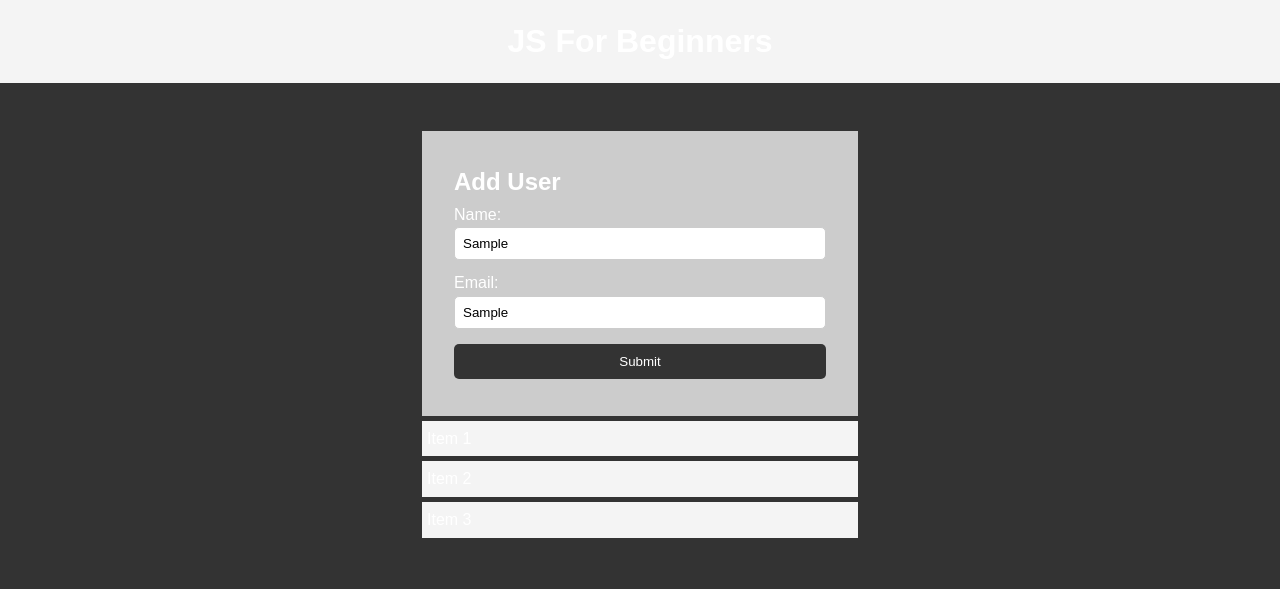
Repository: balkisys/FormationFullStackJS
Page: index.html
The author's editor kept a copy of each file at every save. The page is drawn from the files as they stood at one save, then again after the next save.
The browser window is 1280 px wide. The pictures show the whole page.
Empty fields were first filled with sample values (such as "Sample", 5 or name@example.com).
After loading, the first visible `input.btn` was clicked once.

Above is the page before, as saved 2021-03-20 08:08:03.

### index.html
<!DOCTYPE html>
<html lang="en">
  <head>
    <meta charset="UTF-8" />
    <meta name="viewport" content="width=device-width, initial-scale=1.0" />
    <meta http-equiv="X-UA-Compatible" content="ie=edge" />
    <title>JS For Beginners</title>
    <link rel="stylesheet" href="style.css">
  </head>
  <body>
    <header>
      <h1>JS For Beginners</h1>
    </header>

    <section class="container">
      <form id="my-form">
        <h1>Add User</h1>
        <div class="msg"></div>
        <div>
          <label for="name">Name:</label>
          <input type="text" id="name">
        </div>
        <div>
          <label for="email">Email:</label>
          <input type="text" id="email">
        </div>
        <input class="btn" type="submit" value="Submit">
      </form>

      <ul id="users"></ul>

      <ul class="items">
        <li class="item">Item 1</li>
        <li class="item">Item 2</li>
        <li class="item">Item 3</li>
      </ul>
    </section>



    <script src="test.js">
    </script>
  </body>
</html>

### style.css
* {
    margin: 0;
    padding: 0;
    box-sizing: border-box;
}

body {
    font-family: Arial, Helvetica, sans-serif;
    line-height: 1.6;
}

ul {
    list-style: none;
}

ul li {
    padding: 5px;
    background: #f4f4f4;
    margin: 5px 0;
}

header {
    background: #f4f4f4;
    padding: 1rem;
    text-align: center;
}

.container {
    margin: auto;
    width: 500px;
    overflow: auto;
    padding: 3rem 2rem;
}

#my-form {
    padding: 2rem;
    background: #f4f4f4;
}

#my-form label {
    display: block;
}

#my-form input[type='text'] {
    width: 100%;
    padding: 8px;
    margin-bottom: 10px;
    border-radius: 5px;
    border: 1px solid #ccc;
}

.btn {
    display: block;
    width: 100%;
    padding: 10px 15px;
    border: 0;
    background: #333;
    color: #fff;
    border-radius: 5px;
    margin: 5px 0;
}

.btn:hover {
    background: #444;
}

.bg-dark {
    background: #333;
    color: #fff;
}

.error {
    background: orangered;
    color: #fff;
    padding: 5px;
    margin: 5px;
}

### test.js
//console.log('Hello world ');
//console.error('This is an error Test ');
//console.warn('this is a warning ');


//console.log(a);
 // let, const
//let age = 30;
//age = 15;
//console.log(age);

//const PI = 3.14;
//PI = 50;
//console.log(age);

//String , Numbers , Boolean , undefined , Objet

// let number = 14.5;
// var isCold = true;
// var X;
// var z = null;
// const y = undefined;
// console.log(typeof isCold);
// console.log(typeof y);
//x = 6;
//console.log(x);

// Concatenation
//const age = 30;
//const name = 'Ali ';
//console.log('My name is : ' + name + ' i am ' + age);
// Template literals (Template strings)
//const hello = `My name is ${name} and I am ${age} `;
//console.log(hello);
//const s = 'Hello Weekend';
//console.log(s.length);// property of JS
//console.log(s.toLowerCase());
//console.log(s.toUpperCase()); //methode pre JS

//console.log(s.substring(0, 5).toLocaleUpperCase());
//console.log(s.split(''));
//const c = 'technologie , computers , it , code , React ';
//console.log(c.split(','));
 // Array - vaiables that hold multiple values
// const numbers = new Array(1, 2, 3, 4, 5); // creation of an array with the constructor
// console.log(numbers);
// const fruits = ['apples', 'oranges', 1 , 2.2 , true];
// //console.log(fruits[4]); // first element
// //fruits[5] = 'hello';

// //fruits.push('mangos');

// //fruits.unshift('bbcc');
// //fruits.pop();
// //console.log(fruits);
// //console.log(Array.isArray('test'));

// console.log(fruits.indexOf('oranges'));// position of elements in the array

// const person = {
//     firstName: 'Johne',
//     age: 30,
//     hobbies: ['music', 'movies', 'sports'],
//     adress: {
//         street: ' 50 Main ',
//         city: 'Boston ',
//         state : 'MA'
//     }

// }
//console.log(person.age);

// distructuring to pull out object properties
// const { firstName, age, adress: { city } } = person;

// console.log(age);
// console.log(city);
// // we can add a property directly :
// person.email = 'Johne@gmail.com';
// console.log(person);
// Array of object  : object letrals
// const todos = [
//     {
//         id: 1,
//         text: 'Take JS cours ',
//         isCompleted : true
//     },
//      {
//         id: 2,
//         text: 'Take React cours ',
//         isCompleted : false
//     },
//       {
//         id: 3,
//         text: 'Take Node.js cours ',
//         isCompleted : false
//     }
// ]
// console.log(todos.length);

// const todoJSON = JSON.stringify(todos);
// console.log(todoJSON);

//FOR LOOP

//  for (let i = 0; i <= todos.length; i++){
//     console.log(todos[i]);
//     //console.log(`For Loop Number : ${i}`);
// }

// let i = 0;
// while (i < 5) {
//     console.log(`While Loop Number : ${i}`);
//     i ++;
// }
//ES6
// for (let item of todos) {
//     console.log(item);
// }
//Heigh Order Array Methods :
// forEach , Map , filter

// forEach  : just loops threw the array
// map : create new array from an array
// filter : create new array from an array based on condition

// ForEach
// todos.forEach(
//     function (todo) {
//     console.log(todo.text);
//     })

// ---------------------------------------------------- //

    //EL CODE ELI MENBA3D N7OTOU FI DRIVE
// const x = 4;
// const y = 11;
// if (x > 5 || y > 10) { // try ' && '
//     console.log('x is more than 5 or y is more than 10 ');
// }
// Functions
// function addNums(num1, num2) {
//     console.log(num1 + num2);

// }
// addNums(5, 4);
//addNums();// returns NaN (not a number that means it should return a number)
// other exp with setting default values for our parameters
// function addNums(num1 = 1 , num2 = 3) {
//     //console.log(num1 + num2); // usualy we don't console log somthing we return somthing from the function
//     return num1 + num2;
// }
// //addNums(); // it returns value because we have parametres with default value
// console.log(addNums(5, 5));

// Now with arrow functions it much better for code
// Arrow functions intreduced with ES6
// we transforme addNums function to arraow function
// const addNums = (num1 = 1, num2 = 1) => {
//     return num1 + num2;
// }
// if we have one expression  no other variable declaration we can juste write it in one ligne
// like that
// const addNums = (num1 = 1, num2 = 1) => console.log(num1 + num2);
// addNums(5, 50);
//  if we want to return somthing we simply don't write the 'return' key world
// const addNums = (num1 = 1, num2 = 1) => num1 + num2;
// console.log(addNums(5, 51));

// or if we have one parametre we delete the ()

// const addNums = num1 => num1 + 5;
// console.log(addNums(5000));
// usffull for  foreach

//todos.forEach((todo) => console.log(todo));

//OOP
// we have looked on Object litterals and distruction
//constructor function with prototypes and ES6 classes

// function Person(firstName, lastName, dob) {// we set them to properties of object
//     this.firstName = firstName;
//     this.lastName = lastName;
//     //this.dob = dob;
//     this.dob = new Date(dob);
//     // we can add methodes or function to this object
//     // this.getBirthYear = function () {
//     //     return this.dob.getFullYear();
//     // }
//     // this.getFullName = function () {
//     //     return `${this.firstName} ${this.lastName}`
//     // }
// }
// Person.prototype.getBirthYear = function () {
//     return this.dob.getFullYear();
// }
// Person.prototype.getFullName  = function () {
//      return `${this.firstName} ${this.lastName}`
// }
// // Instantiate object with constructor function
// const person1 = new Person('John', 'Doe', '4-3-1980');
// const person2 = new Person('Marry', 'Smith', '3-6-1970');
// console.log(person2.dob.getFullYear());// we can do alot of things with the Date methode
// // we have to talke about dates : now we pass date as string but in a good exp we have to declare Date()


// console.log(person1.getBirthYear());
// console.log(person1.getFullName());
// console.log(person1);// what i would like to do not have the functions with every object instance
// //  because we might not need to use this so we put the function in the prototype

// console.log(person2.getFullName());

// ES6 uses Classes syntaxed sugar easier to write and reed
// class Person {
//     constructor(firstName, lastName, dob) {// it's a methode inside class
//          this.firstName = firstName;
//          this.lastName = lastName;
//    //this.dob = dob;
//          this.dob = new Date(dob);
//     }
//     getBirthYear() {
//         return this.dob.getFullYear();
//     }
//     getFullName() {
//         return `${this.firstName} ${this.lastName}`;
//     }

// }
// const person1 = new Person('John', 'Doe', '4-3-1980');
// const person2 = new Person('Marry', 'Smith', '3-6-1970');
// console.log(person1.getFullName());
// console.log(person1);


// -----------------DOM---------------------------- //
// window object is the parent object of the browser : he have the alert function
//console.log(window);
//window.alert(1);
// talk about document function
// Single element
// const form = document.getElementById('my-form');
// // query selector is newer then getElementById : and works just like Jquery
// console.log(document.querySelector('.container'));

// console.log(form);
// console.log()
// // Multiple element
//console.log(document.querySelectorAll('.item')); //node list semilar to an array
// we can run array methods on it
// with querySelectorAll you can put any thing an id , class , a tag anything
//console.log(document.getElementsByClassName('item'));
//console.log(document.getElementsByTagName('li'));

//const items = document.querySelectorAll('.item');
//items.forEach((item) => console.log(item));
const ul = document.querySelector('.items');
//ul.remove();
// remove the last item

//ul.lastElementChild.remove();
//ul.firstElementChild.textContent = 'Hello';
// ul.children[1].innerText = 'John';
// ul.lastElementChild.innerHTML = '<h1> Hello</h1>';
const btn = document.querySelector('.btn');
//btn.style.background = 'red'; // we use that maybe in Functions for exp you click on somthing and that change the style or the color
// create an eventListner
// first parameter is the event the second is the function that you want to run
//when the btn clicked
btn.addEventListener('click', (e) => {
    //console.log('click');// show up very fast and gonne
    //the reasone is that's a submit button and when you submit a form and
    //actually submits to the file so we have to prevent the default behaivour and what we do :

    e.preventDefault();
    //console.log(click);
    //console.log(e); // e : is the submit object we see it in the console
    // we focus on target : give us the actual element
    //console.log(e.target);//give me the element that the event is on
    //console.log(e.target.className); // give you the class else we can have the id : e.target.id
    document.querySelector('#my-form').style.background = '#ccc';
    // we can add a class
    document.querySelector('body').classList.add('bg-dark');
    // jsut want to show you how to make your user interface interactive

} );

After the next save:
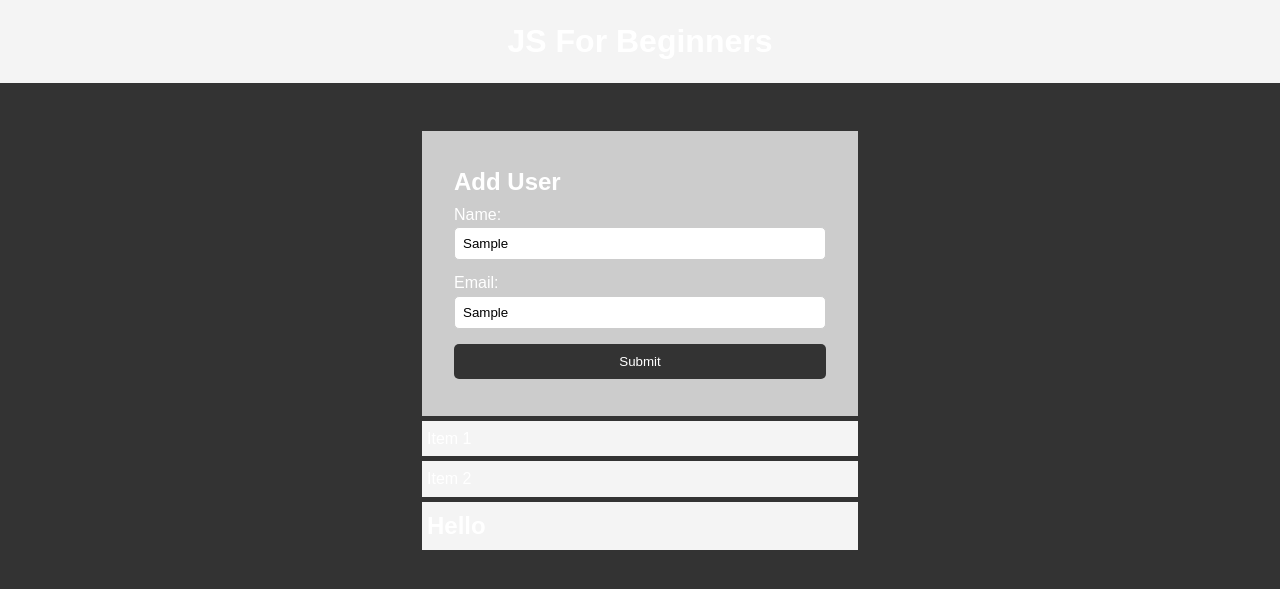
Saved 75 s later.
--- a/test.js
+++ b/test.js
@@ -283,5 +283,6 @@ btn.addEventListener('click', (e) => {
     // we can add a class
     document.querySelector('body').classList.add('bg-dark');
     // jsut want to show you how to make your user interface interactive
+    document.querySelector('.items').lastElementChild.innerHTML = '<h1>Hello</h1>'
 
 } );
